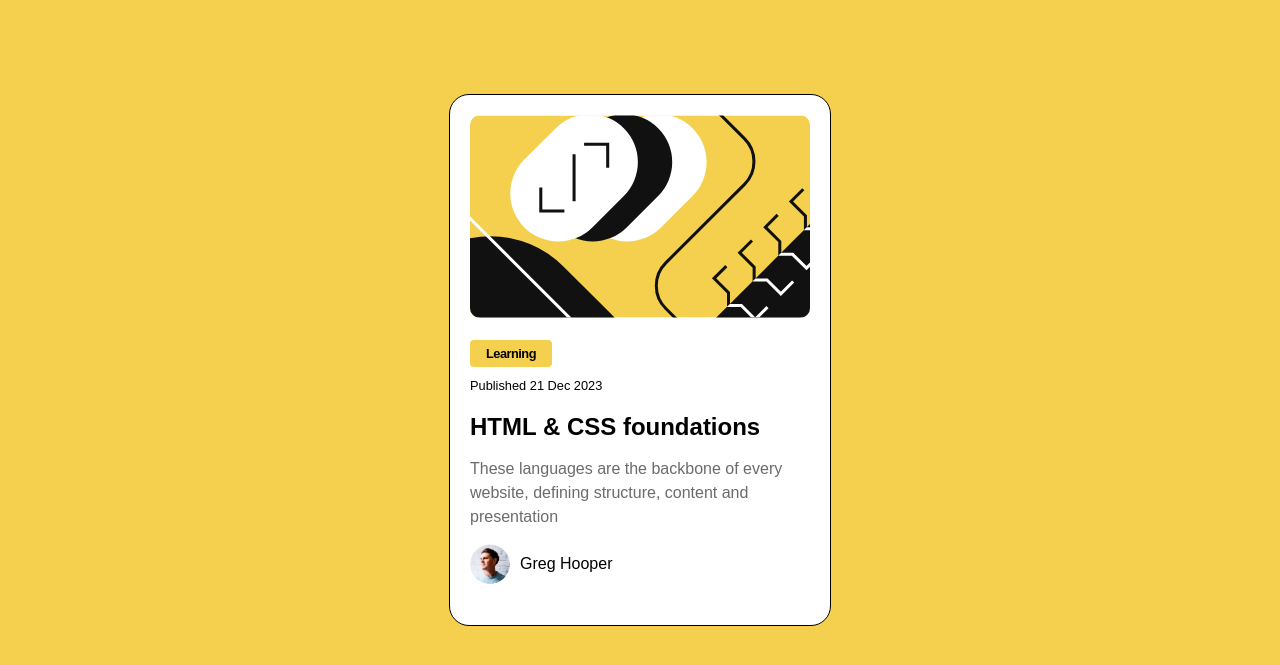
Repository: brandontaylor1/blogpreviewcard
Page: index.html
The author's editor kept a copy of each file at every save. The page is drawn from the files as they stood at one save, then again after the next save.
The browser window is 1280 px wide. The pictures show the whole page.
The pointer rests on the first visible `.container`.

Above is the page before, as saved 2024-12-25 11:53:35.

### index.html
<!DOCTYPE html>
<html lang="en">
<head>
    <meta charset="UTF-8">
    <meta name="viewport" content="width=device-width, initial-scale=1.0">
    <link rel="stylesheet" href="./index.css">
    <title>HTML & CSS Foundations</title>
</head>
<body>
    <main class="container">
        <div class="img-container">
            <img src="./images/illustration-article.svg" class="heading-img" alt="">
        </div>
        <div class="card-content">
            <p id="learning-tag">Learning</p>
            <div class="card-content-text">
                <p>Published 21 Dec 2023</p>
                <h2>HTML & CSS foundations</h2>
                <h3>These languages are the backbone of every website, defining structure, content and presentation</h3>
            </div>
        </div>
        <div class="user-footer">
            <img src="./images/image-avatar.webp" alt="person-image">
            <p>Greg Hooper</p>
        </div>
    </main>

    <script src="index.js"></script>
</body>
</html>

### index.css
:root {
    /* COLORS */
    --primary-yellow: hsl(47, 88%, 63%);
    --primary-white: hsl(0, 0%, 100%);
    --primary-gray-reg: hsl(0, 0%, 42%);
    --primary-gray-bold: hsl(0, 0%, 7%);

    --main-font-size: 16px;

    --main-font-family: 'Figtree', sans-serif;
    --main-font-weight-reg: 500;
    --main-font-weight-bold: 800;
}


body {
    box-sizing: border-box;
    margin: 0;
    padding: 0;
    height: 100vh;
    font-family: var(--main-font-family);
    display: flex;
    align-items: center;
    justify-content: center;
    background-color: var(--primary-yellow);
}

.container {
    width: 350px;
    height: 500px;
    margin: 0 auto;
    padding: 0 20px;
    background-color: var(--primary-white);
    width: 350px;
    padding: 20px;
    border-radius: 20px;
    border: 1px solid black;
    box-shadow: 5px 5px 0 1px rgba(0, 0, 0, 1);
    transition: all 0.3s ease;
}

.container:hover {
    box-shadow: 0 0 0 0 rgba(0, 0, 0, 0.5);
    height: 490px;
    width: 340px;
}

.heading-img {
    width: 100%;
    margin-bottom: 5px;
    border-radius: 10px;
}

.card-content {
    width: 100%;
    display: flex;
    flex-direction: column;
    align-items: left;
    justify-content: space-between;
}

#learning-tag {
    background-color: var(--primary-yellow);
    padding: 6px 1px;
    border-radius: 4px;
    font-size: .8rem;
    font-weight: var(--main-font-weight-bold);
    width: 80px;
    text-align: center;
    letter-spacing: -.5px;

}

.card-content-text {
    margin-top: -15px;
    font-size: .8rem;
}

.card-content-text h2 {
    font-size: 1.5rem;
    font-family: var(--main-font-family);
    font-weight: var(--main-font-weight-bold);
    margin-bottom: 10px;
}

.card-content-text h3 {
    font-size: 1rem;
    line-height: 1.5;
    font-family: var(--main-font-family);
    font-weight: var(--main-font-weight-reg);
    color: var(--primary-gray-reg);
    margin-bottom: 10px;
}

.user-footer {
    display: flex;
    align-items: center;

}

.user-footer img {
    width: 40px;
    height: 40px;
    border-radius: 50%;
    margin-right: 10px;
}

Loaded but not shown: index.js (no stored copy; drawn as an empty file)

After the next save:
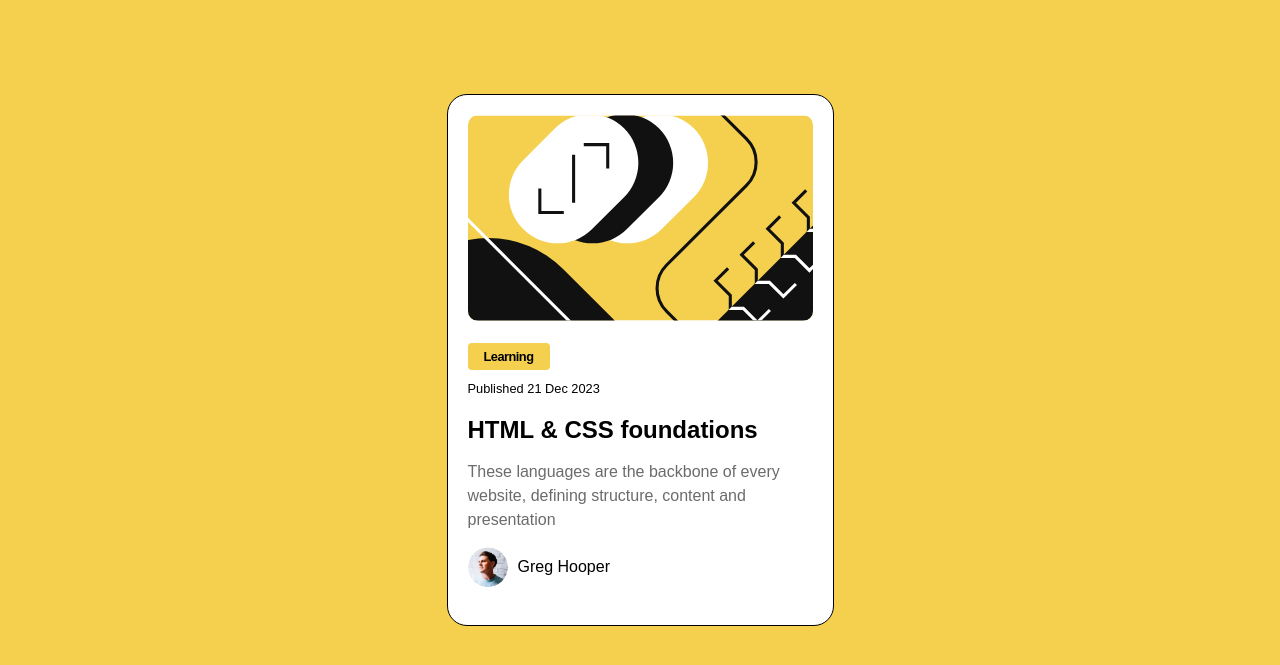
Saved 19 s later.
--- a/index.css
+++ b/index.css
@@ -42,7 +42,7 @@ body {
 .container:hover {
     box-shadow: 0 0 0 0 rgba(0, 0, 0, 0.5);
     height: 490px;
-    width: 340px;
+    width: 345px;
 }
 
 .heading-img {
